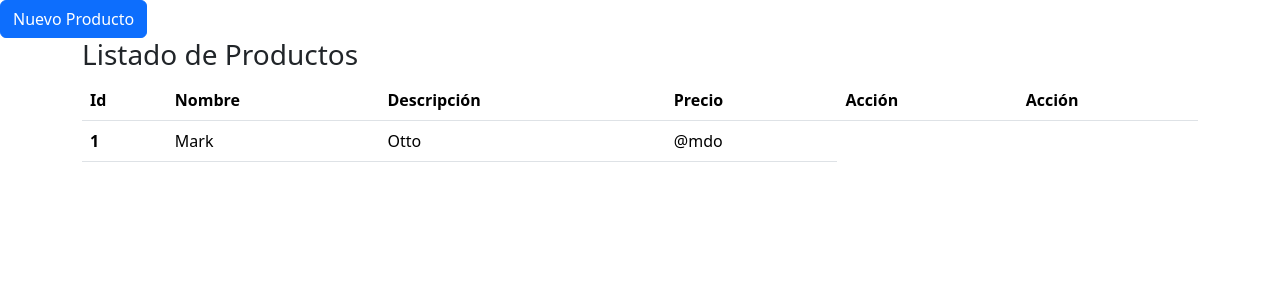
Repository: RoggerMen/Spring
Page: http://localhost/home
The author's editor kept a copy of each file at every save. The page is drawn from the files as they stood at one save, then again after the next save.
The browser window is 1280 px wide. The pictures show the whole page.
The page is this project's Thymeleaf template; nobody is signed in. The template is opened directly, without the code that normally fills it, so the values that code supplies are empty.

Above is the page before, as saved 2023-04-22 06:47:59.

### crud-productos/src/main/resources/templates/home.html
<!DOCTYPE html>
<html xmlns:th="http://www.thymeleaf.org">
<head>
<meta charset="UTF-8">
<title>Insert title here</title>
<link
	href="https://cdn.jsdelivr.net/npm/bootstrap@5.3.0-alpha3/dist/css/bootstrap.min.css"
	rel="stylesheet"
	integrity="sha384-KK94CHFLLe+nY2dmCWGMq91rCGa5gtU4mk92HdvYe+M/SXH301p5ILy+dN9+nJOZ"
	crossorigin="anonymous">

</head>
<body>

	<a href="" class="btn btn-primary"> Nuevo Producto</a>
	<div class="container">
	<h3>Listado de Productos</h3>
		<table class="table">
			<thead>
				<tr>
					<th scope="col">Id</th>
					<th scope="col">Nombre</th>
					<th scope="col">Descripción</th>
					<th scope="col">Precio</th>
					<th scope="col">Acción</th>
					<th scope="col">Acción</th>
				</tr>
			</thead>
			<tbody>
				<tr>
					<th scope="row">1</th>
					<td>Mark</td>
					<td>Otto</td>
					<td>@mdo</td>
				</tr>
			</tbody>
		</table>
	</div>
</body>
</html>

After the next save:
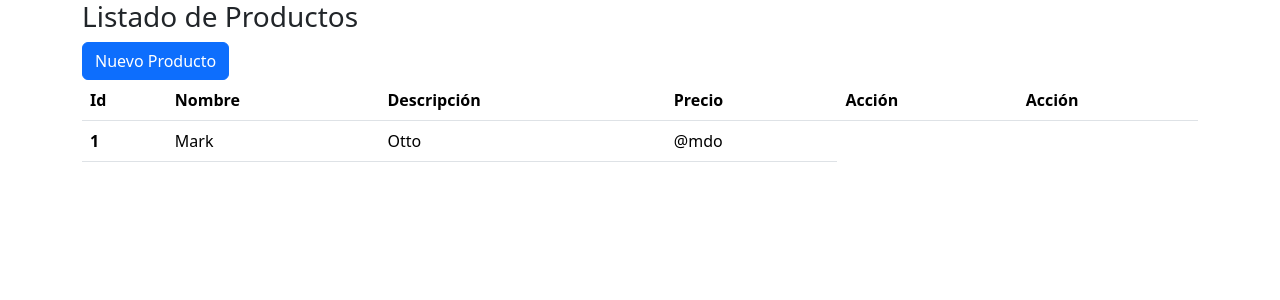
Saved 29 s later.
--- a/crud-productos/src/main/resources/templates/home.html
+++ b/crud-productos/src/main/resources/templates/home.html
@@ -12,9 +12,10 @@
 </head>
 <body>
 
-	<a href="" class="btn btn-primary"> Nuevo Producto</a>
+
 	<div class="container">
 	<h3>Listado de Productos</h3>
+	<a href="" class="btn btn-primary"> Nuevo Producto</a>
 		<table class="table">
 			<thead>
 				<tr>
